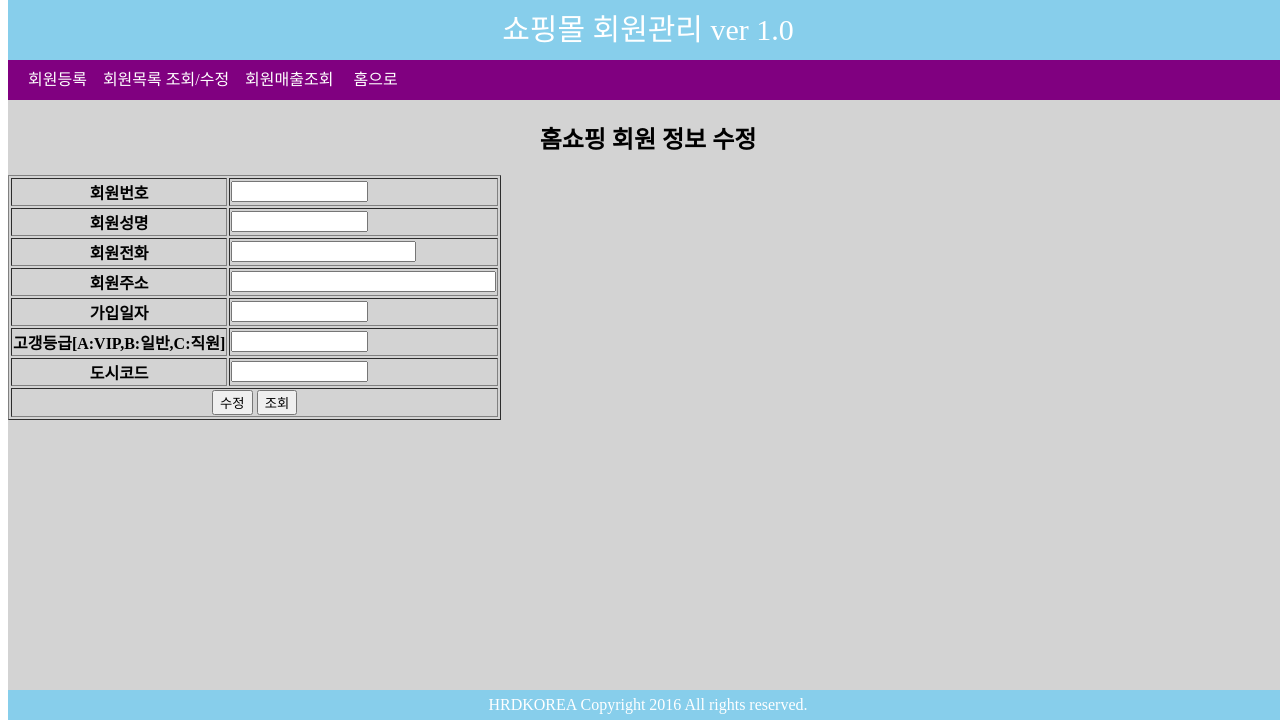
Repository: haileylee94/mini-project
Page: http://localhost/hrd/modify.jsp
An editor plug-in stored every save of this project. The page is shown before and after the next save, followed by the edit.
The browser window is 1280 px wide. The pictures show the whole page.
The page is served by Tomcat 9. Queries for data that is not in the repository find no rows.

Above is the page before, as saved 2022-11-18 09:09:35.

### hrd/WebContent/modify.jsp
<%@page import="DBPKG.Util"%>
<%@ page language="java" contentType="text/html; charset=UTF-8"
    pageEncoding="UTF-8"%>
<%@ page import="java.sql.*" %>
<!DOCTYPE html>
<html>
<head>
<meta charset="UTF-8">
<title>modify</title>
</head>
<body>
<jsp:include page="header.jsp"/>

<section style="position: fixed; background-color: lightgray; width: 100%; height: 100%; top: 100px">
	<h1 style="text-align: center"><b>홈쇼핑 회원 정보 수정</b><br></h1>
	<form name="f" method="post" onsubmit="return check()">
	<table border="1">
		<%
			Connection con=null;
			Statement stmt=null;
			String custno="";

			try{
				con=Util.getConnection();
				stmt=con.createStatement();
				String sql="select * from member_tbl_02 order by custno";
				ResultSet rs=stmt.executeQuery(sql);

			}catch(Exception e){
				e.printStackTrace();
			}
		%>
		<tr>
			<th>회원번호</th>
			<td><input name="custno" size=14 value="<%=custno %>" readonly></td>
		</tr>
		<tr>
			<th>회원성명</th>
			<td><input name="custname" size=14 value=<%=custno %>></td>
		</tr>
		<tr>
			<th>회원전화</th>
			<td><input name="phone" size=20 value=<%=custno %>></td>
		</tr>
		<tr>
			<th>회원주소</th>
			<td><input name="address" size=30 value=<%=custno %>></td>
		</tr>
		<tr>
			<th>가입일자</th>
			<td><input name="joindate" size=14 value=<%=custno %>></td>
		</tr>
		<tr>
		<th>고갱등급[A:VIP,B:일반,C:직원]</th>
			<td><input name="grade" size=14 value=<%=custno %>></td>
		</tr>
		<tr>
			<th>도시코드</th>
			<td><input name="city" size=14 value=<%=custno %>></td>
		</tr>
		<tr>
			<td colspan="2" style="text-align: center">
				<input type="submit" value="수정">
				<input type="button" value="조회" onclick="return search()">
			</td>
		</tr>
	</table>
	</form>
</section>
<jsp:include page="footer.jsp"/>
</body>
</html>

### hrd/WebContent/header.jsp
<%@ page language="java" contentType="text/html; charset=UTF-8"
    pageEncoding="UTF-8"%>
<!DOCTYPE html>
<html>
<head>
<meta charset="UTF-8">
<title>header</title>
<style type="text/css">
	*{
		text-decoration: none;
	}

	header{
		position:fixed;
		top:0px;
		width:100%;
		height: 60px;
		background-color: skyblue;
		color: white;
		text-align: center;
		line-height: 60px;
		font-size: 30px;
	}
	nav{
		position: fixed;
		top: 60px;
		width: 100%;
		height: 40px;
		background-color: purple;
		line-height: 40px;
		padding-left: 20px;
		color: #fff;
	}

	a{
		color: #fff;
	}
</style>
</head>
<body>

	<header>
		쇼핑몰 회원관리 ver 1.0
	</header>

	<nav>
		<a href="join.jsp">회원등록</a> &nbsp;&nbsp;
		<a href="memberList.jsp">회원목록 조회/수정</a> &nbsp;&nbsp;
		<a href="incom.jsp">회원매출조회</a> &nbsp;&nbsp;&nbsp;
		<a href="index.jsp">홈으로</a>
	</nav>
</body>
</html>

### hrd/WebContent/footer.jsp
<%@ page language="java" contentType="text/html; charset=UTF-8"
    pageEncoding="UTF-8"%>
<!DOCTYPE html>
<html>
<head>
<meta charset="UTF-8">
<title>footer</title>
<style type="text/css">
	footer{
		position: fixed;
		bottom: 0px;
		background-color: skyblue;
		width: 100%;
		height: 30px;
		color: white;
		text-align: center;
		line-height: 30px;
	}
</style>
</head>
<body>

	<footer>
		HRDKOREA Copyright 2016 All rights reserved.
	</footer>
</body>
</html>

### hrd/src/DBPKG/Util.java
package DBPKG;

import java.sql.*;
public class Util {
	public static Connection getConnection() throws Exception{
		Class.forName("oracle.jdbc.OracleDriver");
		Connection con = DriverManager.getConnection("jdbc:oracle:thin:@//localhost:1521/XE", "system", "1234");
		return con;
	}


}

After the next save:
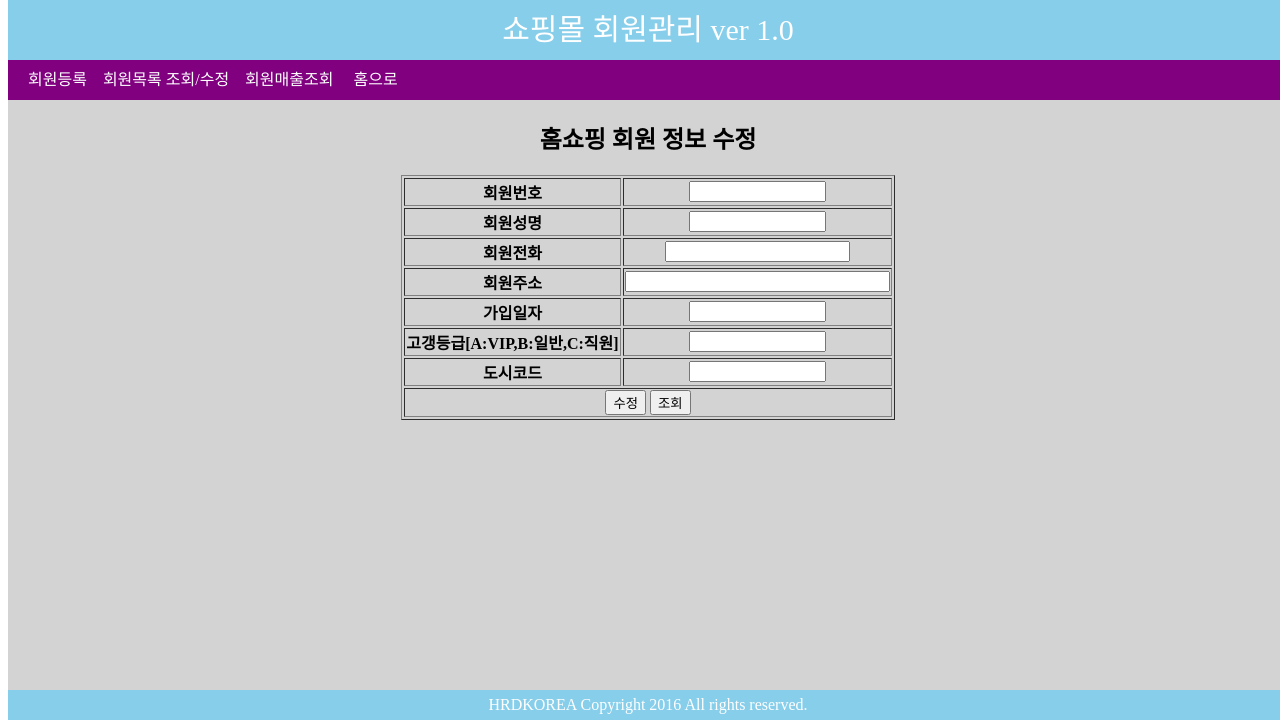
Saved 98 s later.
--- a/hrd/WebContent/modify.jsp
+++ b/hrd/WebContent/modify.jsp
@@ -13,7 +13,7 @@
 
 <section style="position: fixed; background-color: lightgray; width: 100%; height: 100%; top: 100px">
 	<h1 style="text-align: center"><b>홈쇼핑 회원 정보 수정</b><br></h1>
-	<form name="f" method="post" onsubmit="return check()">
+	<form name="f" method="post" onsubmit="return check()" style="display: flex; align-items: center; justify-content: center; text-align: center">
 	<table border="1">
 		<%
 			Connection con=null;
